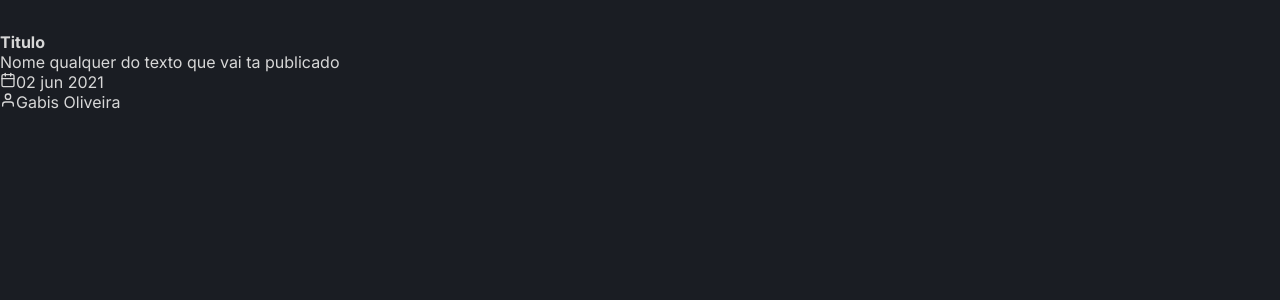
Repository: gabrielarochaf/zeroprojectBlog
Page: /
An editor plug-in stored every save of this project. The page is shown before and after the next save, followed by the edit.
The browser window is 1280 px wide. The pictures show the whole page.
The project was rebuilt for these pictures with package versions that can differ from the ones it lists, and the page was loaded fresh each time. The framework's server and built-in components were replaced by stand-ins that run in the browser. Also part of the build but not shown: src/styles/common.module.scss.

Above is the page before, as saved 2021-07-09 11:47:53.

### src/pages/_document.tsx
import Document, { Html, Head, Main, NextScript } from 'next/document';

export default class MyDocument extends Document {
  render() {
    return (
      <Html>
        <Head>
          <link rel="preconnect" href="https://fonts.gstatic.com" />
          <link href="https://fonts.googleapis.com/css2?family=Inter:wght@400;600;700&display=swap" rel="stylesheet" />
        </Head>
        <body>
          <Main />
          <NextScript />
        </body>
      </Html>
    )
  }
}

### src/pages/index.tsx
import { useState } from 'react';
import { GetStaticProps } from 'next';
import Head from 'next/head';
import Link from 'next/link';

import { FiCalendar, FiUser } from 'react-icons/fi';

import Prismic from '@prismicio/client';

import { getPrismicClient } from '../services/prismic';

import commonStyles from '../styles/common.module.scss';
import styles from './home.module.scss';

import Header from '../components/Header';


interface Post {
  uid?: string;
  first_publication_date: string | null;
  data: {
    title: string;
    subtitle: string;
    author: string;
  };
}

interface PostPagination {
  next_page: string;
  results: Post[];
}

interface HomeProps {
  postsPagination: PostPagination;
}

export default function Home(): JSX.Element {
  return (
    <>
      <main className={commonStyles.Container}>
        <div className={styles.posts}>
          <Link href="/">
            <a className={styles.post}>
              <strong>Titulo</strong>
              <p>Nome qualquer do texto que vai ta publicado</p>
              <ul>
                <li>
                  <FiCalendar />
                  02 jun 2021
                </li>
                <li>
                  <FiUser />
                  Gabis Oliveira
                </li>
              </ul>
            </a>
          </Link>
        </div>
      </main>
    </>
  )
}

// export const getStaticProps: GetStaticProps = async () => {

// };

### src/styles/globals.scss
* {
  box-sizing: border-box;
  margin: 0;
  padding: 0;
}
:root {
  --highlight: #ff57b2;
  --heading: #f8f8f8;
  --background: #1a1d23;
  --info: #bbbbbb;
  --body: #d7d7d7;
}
// TODO
body {
  background: var(--background);
  color: var(--body);
}

@media (max-width: 1080px) {
  html {
    font-size: 87.5%;
  }
}

@media (max-width: 720px) {
  html {
    font-size: 87.5%;
  }
}

body, input, textarea, button, select {
  font: 400 1rem "Inter", san-serif;
}

button {
  cursor: pointer;
}

a {
  color: inherit;
  text-decoration: none;
}

### src/pages/home.module.scss
// TODO
.posts {
  margin-top: 2rem;

  > a {
    display: block;
  }

  a + a {
    margin-top: 3rem;
  }
}

Loaded but not shown: src/pages/_app.tsx (common file)

After the next save:
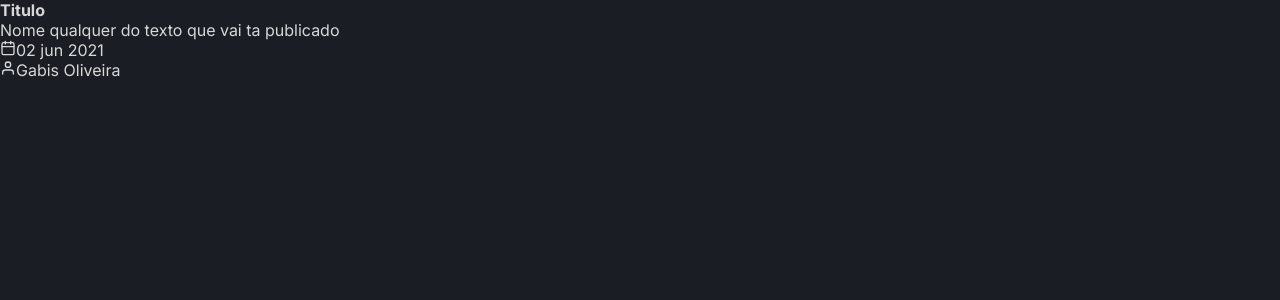
Saved 23 s later.
--- a/src/pages/home.module.scss
+++ b/src/pages/home.module.scss
@@ -1,12 +1,12 @@
 // TODO
-.posts {
-  margin-top: 2rem;
+// .posts {
+//   margin-top: 2rem;
 
-  > a {
-    display: block;
-  }
+//   > a {
+//     display: block;
+//   }
 
-  a + a {
-    margin-top: 3rem;
-  }
-}
+//   a + a {
+//     margin-top: 3rem;
+//   }
+// }

After the save that followed:
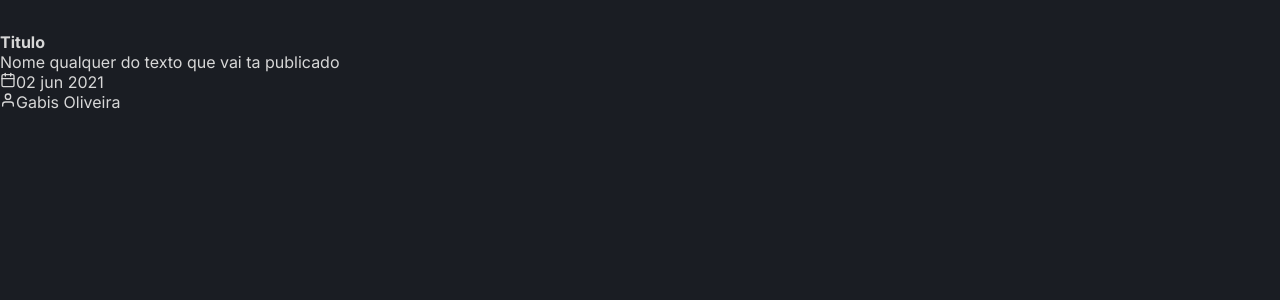
Saved 5 s later.
--- a/src/pages/home.module.scss
+++ b/src/pages/home.module.scss
@@ -1,12 +1,12 @@
 // TODO
-// .posts {
-//   margin-top: 2rem;
+.posts {
+  margin-top: 2rem;
 
-//   > a {
-//     display: block;
-//   }
+  > a {
+    display: block;
+  }
 
-//   a + a {
-//     margin-top: 3rem;
-//   }
-// }
+  a + a {
+    margin-top: 3rem;
+  }
+}
